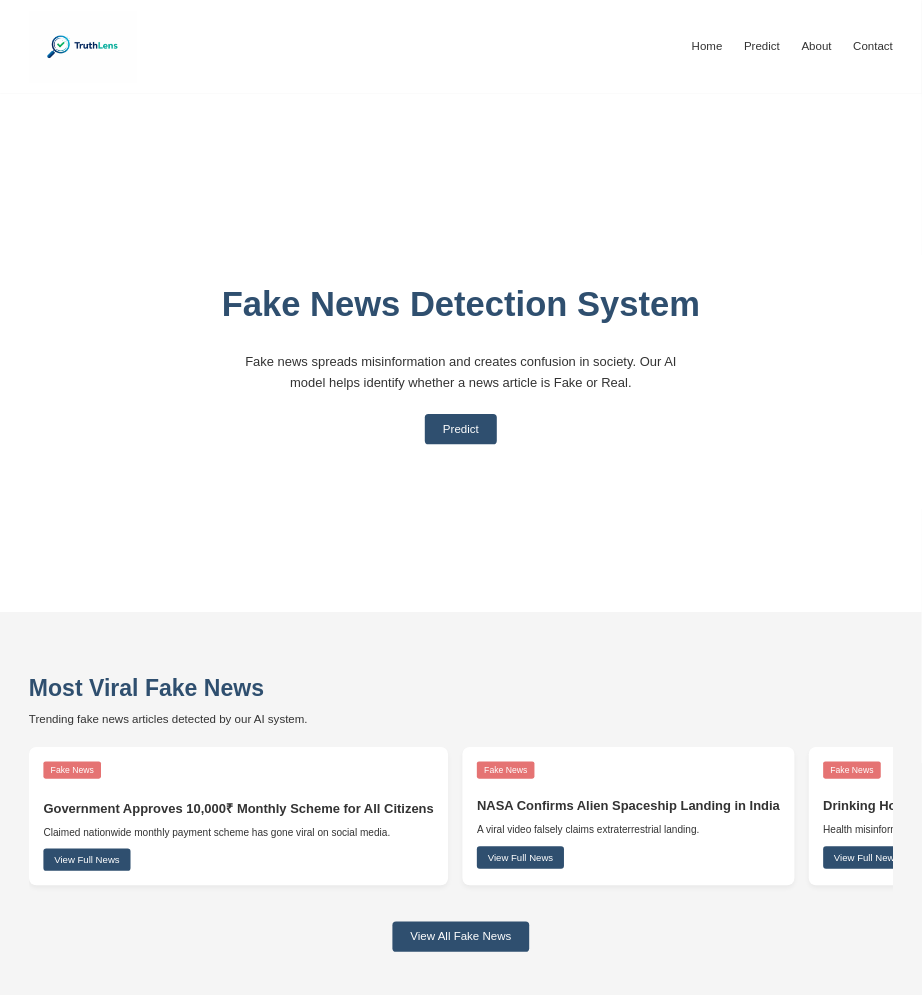
Repository: asadpathan2002-bot/Sprint1
Page: frontend/home.html
An editor plug-in stored every save of this project. The page is shown before and after the next save, followed by the edit.
The browser window is 1280 px wide. The pictures show the whole page, at 72% of full size.

Above is the page before, as saved 2026-02-22 23:10:05.

After the next save:
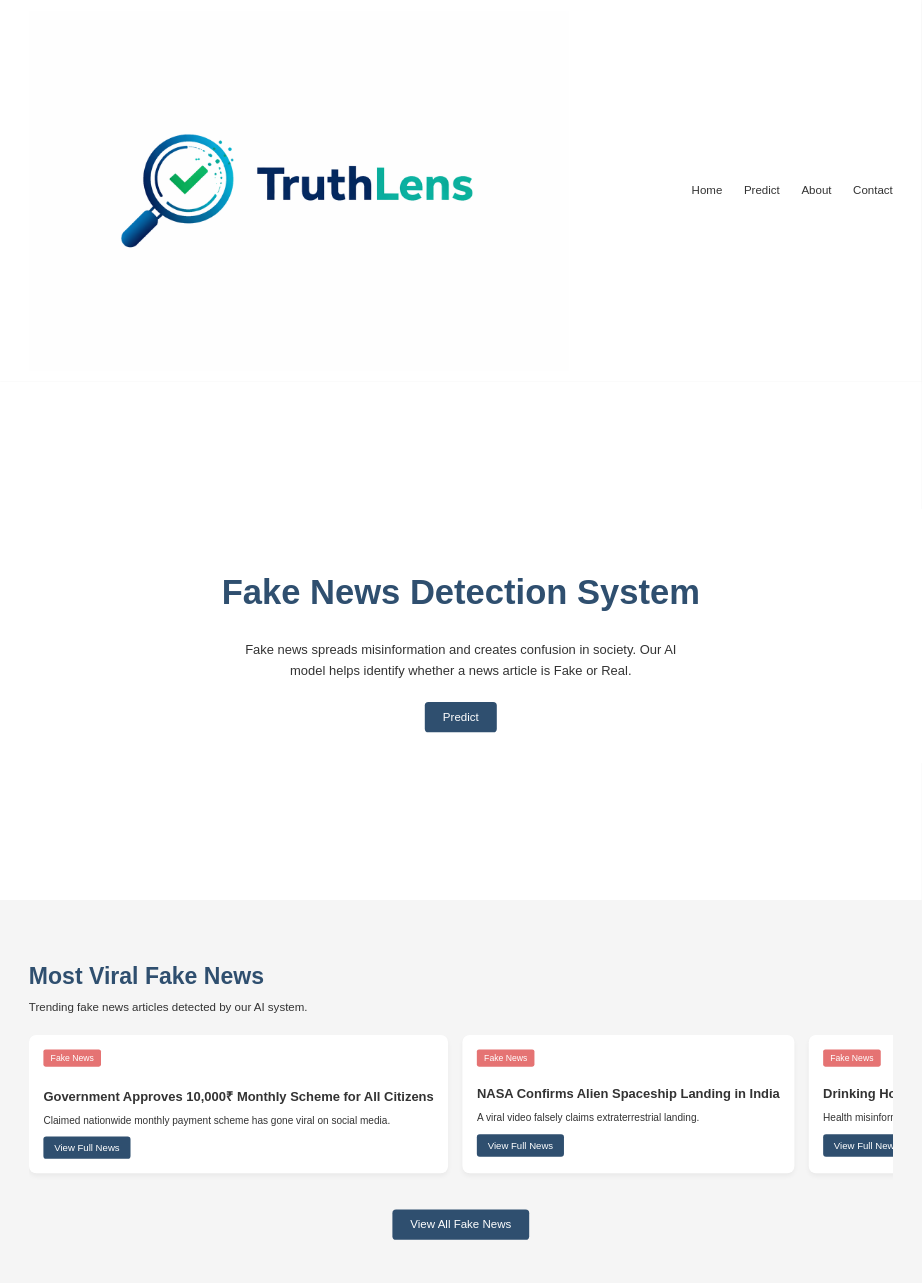
Saved 12 s later.
--- a/frontend/home.html
+++ b/frontend/home.html
@@ -22,7 +22,7 @@
 }
 
 .logo {
-    height: 100px;
+    height: 500px;
     margin-right: 10px;
 }
 
